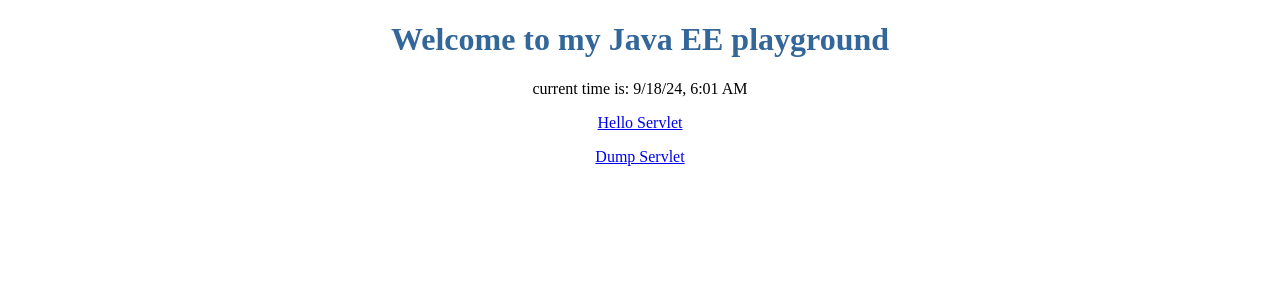
Repository: zoooolander/systex_prac_javaee
Page: http://localhost/myWeb/
These files come from the project's save history. The page is drawn as it stood at one moment and after the next save; the edit follows.
The browser window is 1280 px wide. The pictures show the whole page.
The page is served by Tomcat 10. Other server files are loaded and not shown.

Above is the page before, as saved 2024-09-19 02:08:35.

### myWeb/src/main/webapp/index.jsp
<%@page import="java.text.SimpleDateFormat"%>
<%@page import="java.util.Date"%>
<%@ page language="java" contentType="text/html; charset=UTF-8"
	pageEncoding="UTF-8"%>
<!DOCTYPE html>
<html>
<head>
<meta charset="UTF-8">
<title>Welcome</title>
<link href="style/myStyle.css" rel="stylesheet"></link>
</head>
<body>
	<h1>Welcome to my Java EE playground</h1>
	<p>
		current time is:
		<%=SimpleDateFormat.getInstance().format(new Date())%></p>
	<p>
		<a href="admin/hello.aspx">Hello Servlet</a>
	</p>
	<p>
		<a href="admin/dump.view">Dump Servlet</a>
	</p>
</body>
</html>

### myWeb/src/main/webapp/style/myStyle.css
@charset "UTF-8";

body {
	text-align: center;
	margin: auto;
}

h1,h2 {
	color: #369;
}

After the next save:
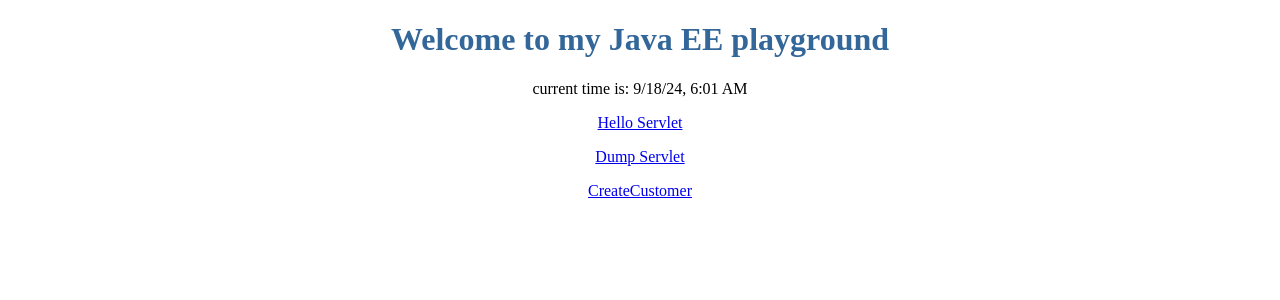
Saved 6 min 28 s later.
--- a/myWeb/src/main/webapp/index.jsp
+++ b/myWeb/src/main/webapp/index.jsp
@@ -20,5 +20,8 @@
 	<p>
 		<a href="admin/dump.view">Dump Servlet</a>
 	</p>
+	<p>
+		<a href="admin/createCustomer.jsp">CreateCustomer</a>
+	</p>
 </body>
 </html>
